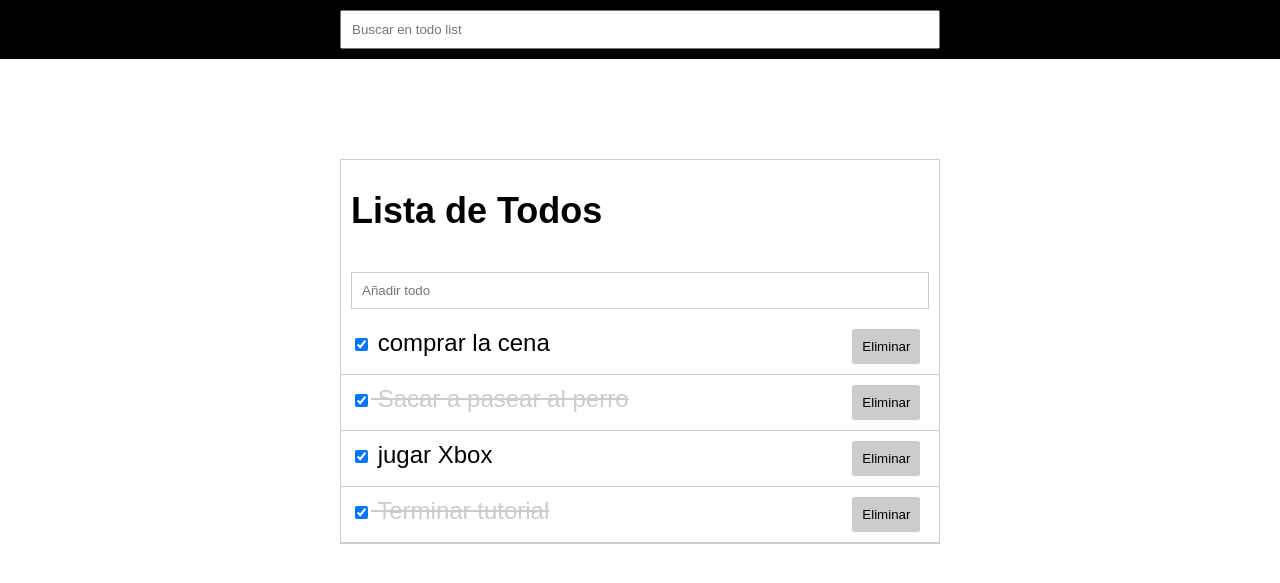
Repository: MauriVaz/Primer-app-con-Vue
Page: /
These files come from the project's save history. The page is drawn as it stood at one moment and after the next save; the edit follows.
The browser window is 1280 px wide. The pictures show the whole page.
The project was rebuilt for these pictures with package versions that can differ from the ones it lists, and the page was loaded fresh each time. Also part of the build but not shown: vue.config.js.

Above is the page before, as saved 2022-12-28 21:58:58.

### public/index.html
<!DOCTYPE html>
<html lang="">
  <head>
    <meta charset="utf-8">
    <meta http-equiv="X-UA-Compatible" content="IE=edge">
    <meta name="viewport" content="width=device-width,initial-scale=1.0">
    <link rel="icon" href="<%= BASE_URL %>favicon.ico">
    <title><%= htmlWebpackPlugin.options.title %></title>
  </head>
  <body>
    <noscript>
      <strong>Por favor activa Javascript</strong>
    </noscript>
    <div id="app"></div>
    <!-- built files will be auto injected -->
  </body>
</html>

### src/App.vue
<template>
  <div>
    <div id="header">
      <Search v-on:query-change="querySearch" />
    </div>

    <div id="main-container">
      <h2>Lista de Todos</h2>
      <TodoAdd v-on:add-todo="addTodo"/>
      <Todos v-bind:todoslist="copyTodos" v-on:delete-todo="deleteTodo" />
    </div>
  </div>
</template>

<script>
//import HelloWorld from './components/HelloWorld.vue'
import Search from './components/Search';
import Todos from './components/Todos';
import TodoAdd from './components/TodoAdd';

export default {
  name: 'App',
  components: {
    Todos, TodoAdd, Search
  },
  methods: {
    deleteTodo(id){
      this.todos = this.todos.filter(todo => todo.id != id);
      this.copyTodos = [...this.todos];
    },
    addTodo(todo){
      this.todos.push(todo);
      this.copyTodos = [...this.todos];
    },
    querySearch(query){
      if(query.trim() === ''){
        this.copyTodos = [...this.todos];
      }else{
        const temp = this.todos.filter(todo =>{
          return todo.title.includes(query)
        });

        this.copyTodos = [...temp];
      }
    }
  },
  data(){
    return {
      todos: [
        {
          id: 0,
          title:  'comprar la cena',
          completed: false
        },
        {
         id: 1,
         title: 'Sacar a pasear al perro',
         completed: true
       },
       {
         id: 2,
         title: 'jugar Xbox',
         completed: false
       },
       {
         id: 3,
         title: 'Terminar tutorial',
         completed: true
       }
      ],
      copyTodos: []
    }
  },
  created(){
    this.copyTodos = [...this.todos];
  }
}
</script>

<style>
  *{
    box-sizing: border-box;
  }

  body{
    font-family: Arial, Helvetica, sans-serif;
    font-size: 1.5em;
    padding: 0;
    margin: 0;
  }

  #main-container{
    border: solid 1px #ccc;
    width: 600px;
    margin: 100px auto;
  }

  #header{
    background: black;
    padding: 10px;
  }

  h2{
    padding: 0 10px;
  }
</style>

### src/components/Search.vue
<!-- eslint-disable vue/multi-word-component-names -->
<template>
    <div id="search-container">
        <input type="text" placeholder="Buscar en todo list" v-model="query" v-on:input="$emit('query-change', query)">
    </div>
</template>

<script>
export default {
    // eslint-disable-next-line vue/multi-word-component-names
    name: 'Search',
    data(){
        return {
            query: ''
        }
    }
}
</script>

<style scoped>
    #search-container{
        width: 600px;
        margin: 0 auto;
    }

    input{
        padding: 10px;
        width: 100%;
        outline: none;
    }
</style>

### src/components/Todos.vue
<template>
    <div>
        <div v-bind:key="todo.id" v-for="todo in todoslist">
            <TodoItem v-bind:todo="todo" v-on:delete-todo="$emit('delete-todo', todo.id)" />
        </div>
    </div>
</template>

<script>
import TodoItem from './TodoItem';

    export default {
        // eslint-disable-next-line vue/multi-word-component-names
        name: 'Todos',
        props: ['todoslist'],
        components:{TodoItem}
    }
</script>

<style>
</style>

### src/components/TodoAdd.vue
<template>
    <div id="add-container">
        <form @submit="addTodo">
            <input type="text" placeholder="Añadir todo" v-model="title">
        </form>
    </div>
</template>

<script>
import { uuid } from 'vue-uuid';

export default {
    name: 'TodoAdd',
    data(){
        return {
            title: ''
        }
    },
    methods:{
        addTodo(e){
            e.preventDefault();

            const newTodo = {
                id: uuid.v4(),
                title: this.title,
                completed: false
            };

            this.title = '';
            this.$emit('add-todo', newTodo);
        }
    }
}
</script>

<style scoped>
    #add-container{
        padding: 10px;
    }
    input{
        padding: 10px;
        outline: none;
        border: solid 1px #ccc;
        width: 100%;
    }
</style>

### src/components/TodoItem.vue
<template>
    <div class="todo" v-bind:class="{completed: todo.completed}">
        <div class="todo-body" >
            <input type="checkbox"
                v-bind:checked="todo.completed ? 'checked': ''"
                v-on:change="checkTodo">
            {{todo.title}}
        </div>

        <div class="todo-actions">
            <button @click="$emit('delete-todo', todo.id)">Eliminar</button>
        </div>
    </div>
</template>

<script>
    export default {
        name: 'TodoItem',
        props: ['todo'],
        methods: {
            checkTodo(){
                // eslint-disable-next-line vue/no-mutating-props
                this.todo.completed =! this.todo.completed;
            }
        }
    }
</script>

<style scoped>
    .todo{
        border-bottom: solid 1px #ccc;
        padding: 10px;
    }

    .todo:not(.completed):hover{
        background-color: #eee;
    }

    .completed{
        color: #ccc;
        text-decoration: line-through;
    }
    .completed .todo-body{
        text-decoration: line-through;
    }

    .todo-body, .todo-actions{
        display: inline-block;
        vertical-align: top;
    }

    .todo-body{
        width: 85%;
    }
    .todo-actions{
        padding: 0 10px;
        width: 10%;
    }

    button{
        border: none;
        border-radius: 3px;
        padding: 10px;
        background-color: #ccc;
        color: black;
    }
    button:hover{
        background-color: #da2020;
        color: white;
    }
</style>

Loaded but not shown: src/main.js (common file)

After the next save:
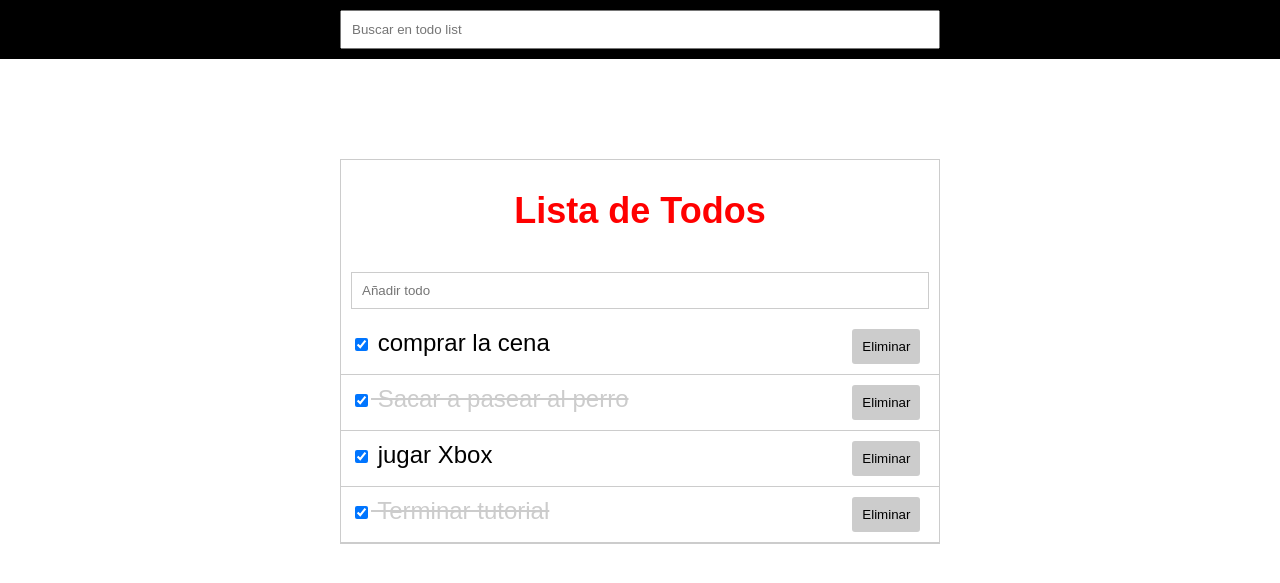
Saved 18 s later.
--- a/src/App.vue
+++ b/src/App.vue
@@ -102,5 +102,7 @@ export default {
 
   h2{
     padding: 0 10px;
+    text-align: center;
+    color:red
   }
 </style>
